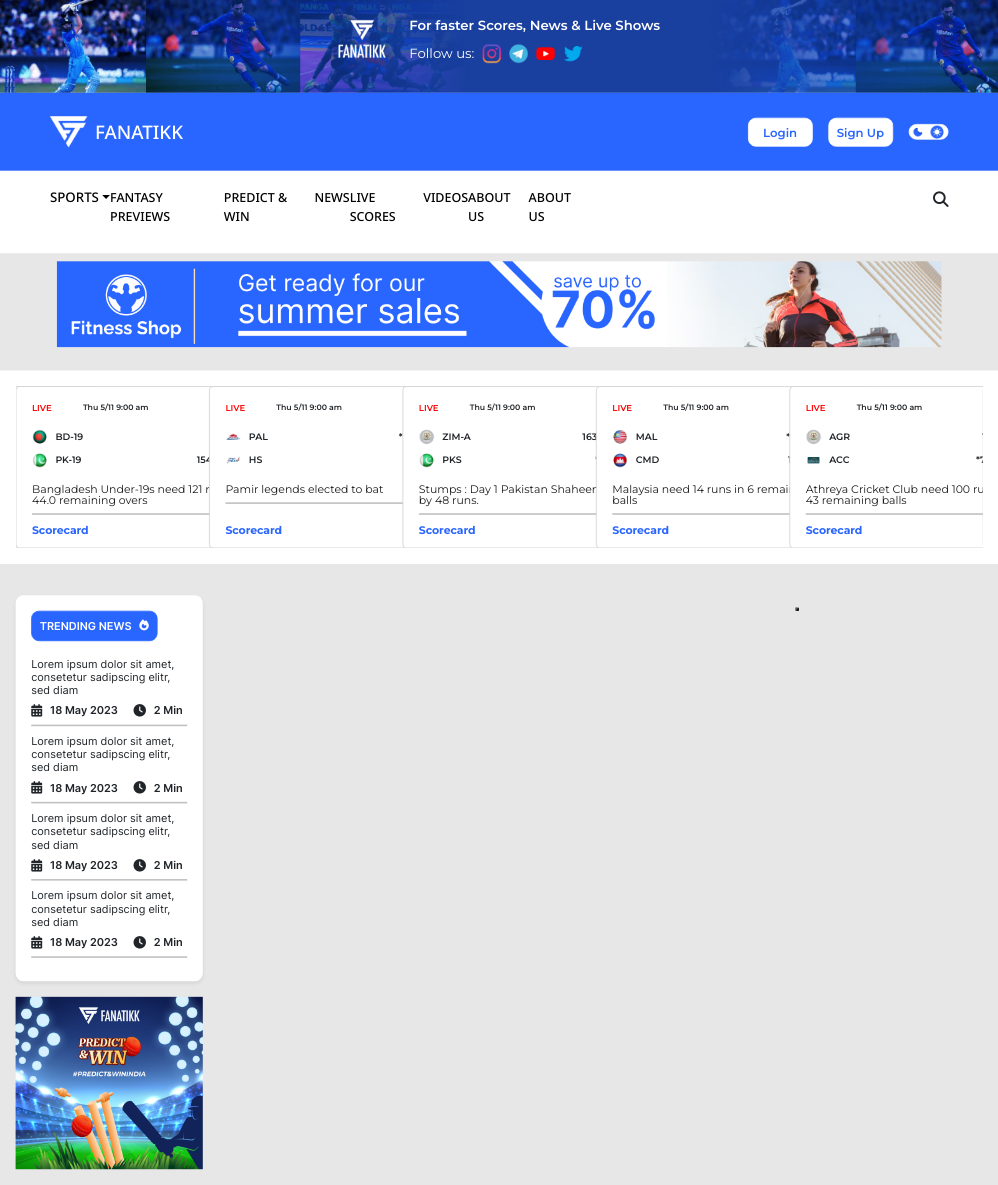
Repository: FlyweisReact/Kannapa
Page: /
An editor plug-in stored every save of this project. The page is shown before and after a run of saves, followed by the edit.
The browser window is 1280 px wide. The pictures show the whole page, at 78% of full size.
Some web libraries are served in a nearby version. The project was rebuilt for these pictures with package versions that can differ from the ones it lists, and the page was loaded fresh each time. Also part of the build but not shown: src/Components/Layout/Footer.js, src/Components/Sliders/Index-video-Slider.js, src/Components/firstScreen.jsx, src/Components/secondScreen.jsx, src/Components/thirdScreen.jsx, src/Components/fourthScreen.jsx, src/CSS/Footer.css.

Above is the page before, as saved 2023-06-03 14:29:32.

### public/index.html
<!DOCTYPE html>
<html lang="en">
  <head>
    <meta charset="utf-8" />
    <link rel="icon" href="%PUBLIC_URL%/favicon.ico" />
    <meta name="viewport" content="width=device-width, initial-scale=1" />
    <meta name="theme-color" content="#000000" />
    <meta
      name="description"
      content="Web site created using create-react-app"
    />
    <link rel="apple-touch-icon" href="%PUBLIC_URL%/logo192.png" />

    <link rel="manifest" href="%PUBLIC_URL%/manifest.json" />
    <link href="https://fonts.googleapis.com/css2?family=Roboto+Mono:ital,wght@1,300&display=swap" rel="stylesheet">
    <title>React App</title>
  </head>
  <body>
    <noscript>You need to enable JavaScript to run this app.</noscript>
    <div id="root"></div>
    <script src="https://code.jquery.com/jquery-3.6.0.min.js"></script>
    <script src="https://kit.fontawesome.com/b533b351e4.js" crossorigin="anonymous"></script>
  </body>
</html>

### src/Pages/HomeScreen.js
/** @format */

import React, { useState, useEffect } from "react";
import FadingCategory from "../Components/Layout/FadingNav/FadingCategory";
import FadingNav from "../Components/Layout/FadingNav/FadingNav";
import Header1 from "../Components/Layout/FadingNav/Header1";
import Navbar from "../Components/Layout/Navbar";
import ScoreCard from "../Components/Sliders/ScoreCard";

const HomeScreen = () => {
  const [scrolled, setScrolled] = useState(false);

  useEffect(() => {
    const handleScroll = () => {
      if (window.scrollY > 0) {
        setScrolled(true);
      } else {
        setScrolled(false);
      }
    };

    window.addEventListener("scroll", handleScroll);
    return () => {
      window.removeEventListener("scroll", handleScroll);
    };
  }, []);

  return (
    <>
      <section className="HomePage">
        <div className={`${scrolled ? "fade-out" : "fade-in"}`}>
          <Header1 />
          <FadingNav />
          <FadingCategory />
        </div>

        <div className={`${scrolled ? "fade-in" : "fade-out"}`}>
          <Navbar />
        </div>

        <div className="Index_Center_Banner">
          <img src="./Images/1.png" alt="" />
        </div>

        <div className="Score_Card_Layout">
          <ScoreCard />
        </div>

        <div className="Index_Three_Sec_Layout">
          <div className="left_Comp">
            <div className="Trading_News">
              <button>
                trending NEWS
                <i class="fa-solid fa-fire"></i>
              </button>

              <div className="desc">
                <p className="head">
                  Lorem ipsum dolor sit amet, consetetur sadipscing elitr, sed
                  diam
                </p>
                <div className="two_sec">
                  <div>
                    <i class="fa-solid fa-calendar-days"></i>
                    <p>18 May 2023</p>
                  </div>
                  <div>
                    <i class="fa-solid fa-clock"></i>
                    <p>2 Min</p>
                  </div>
                </div>
                <div className="empty"></div>
              </div>

              <div className="desc">
                <p className="head">
                  Lorem ipsum dolor sit amet, consetetur sadipscing elitr, sed
                  diam
                </p>
                <div className="two_sec">
                  <div>
                    <i class="fa-solid fa-calendar-days"></i>
                    <p>18 May 2023</p>
                  </div>
                  <div>
                    <i class="fa-solid fa-clock"></i>
                    <p>2 Min</p>
                  </div>
                </div>
                <div className="empty"></div>
              </div>

              <div className="desc">
                <p className="head">
                  Lorem ipsum dolor sit amet, consetetur sadipscing elitr, sed
                  diam
                </p>
                <div className="two_sec">
                  <div>
                    <i class="fa-solid fa-calendar-days"></i>
                    <p>18 May 2023</p>
                  </div>
                  <div>
                    <i class="fa-solid fa-clock"></i>
                    <p>2 Min</p>
                  </div>
                </div>
                <div className="empty"></div>
              </div>

              <div className="desc">
                <p className="head">
                  Lorem ipsum dolor sit amet, consetetur sadipscing elitr, sed
                  diam
                </p>
                <div className="two_sec">
                  <div>
                    <i class="fa-solid fa-calendar-days"></i>
                    <p>18 May 2023</p>
                  </div>
                  <div>
                    <i class="fa-solid fa-clock"></i>
                    <p>2 Min</p>
                  </div>
                </div>
                <div className="empty"></div>
              </div>
            </div>
            <div className="BigImage">
              <img src="./Images/37.png" alt="" />
            </div>
          </div>
          <div className="Mid_Comp"></div>

          <div className="Right_Comp">
            <div className="Main_Item">
              <div className="Three_Sec">
                <button></button>
              </div>
            </div>
          </div>
        </div>
      </section>
    </>
  );
};

export default HomeScreen;

### src/CSS/Navbar.css
/**
 * === navbar styling ====
 *
 * @format
 */
.Stick-navbar{
    height: 100%;
    transition: box-shadow 0.3s ease;
    height: 100px;
}
.Navbar {
  display: flex;
  justify-content: space-between;
  background: #2965ff;
  padding: 20px;
  width: 100%;
  gap: 20px;
  position: fixed !important;
  top: 0;
  z-index: 999;
  transition: box-shadow 0.3s ease;
  align-items: center;
}

.Navbar .Left_Container {
  width: 30%;
}
.Navbar .Left_Container .Logo_Div {
  display: flex;
  gap: 10px;
  justify-content: center;
  align-items: center;
}
.Navbar .Left_Container .Logo_Div p {
  color: #fff;
  font-size: var(--mediumFont);
  margin: 0;
}
.Navbar .Left_Container .Logo_Div img {
  width: 47.73px;
  height: 40px;
}

.Navbar .Right_Container {
  width: 70%;
  display: flex;
  justify-content: center;
  gap: 40px;
}
.Navbar .Right_Container .Item {
  display: flex;
  justify-content: baseline;
}

.Navbar .Right_Container .Item p {
  font-size: 16px;
  cursor: pointer;
  color: #ffffff;
  padding-top: 2px;
}

.Navbar .Right_Container .Item .DropDown {
  border: none;
  color: #fff;
  font-size: 17px;
  cursor: pointer;
  color: #ffffff;
  margin: 0;
  padding: 0;
}
.Navbar .Right_Container .Item .fa-magnifying-glass {
  color: #fff;
  font-size: 18px;
  cursor: pointer;
  padding-top: 7px;
}
.Navbar .Right_Container .Item .Toggle{
  width: 51.43px;
  height: 19.03px;
  display: flex;
  justify-content: space-between;
  align-items: center;
  padding-left: 5px;
  padding-right: 5px;
  border-radius: 10px;
  background-color: #fff;
  border: 1px solid #fff;
  cursor: pointer;
  align-items: center;
  margin-top: 8px;
}


/* Header 2 */
.Header1 {
  background-image: url("../../public/Images/22.png");
  color: #ffffff;
  width: 100%;
  background-repeat: no-repeat;
  background-size: cover;
  height: 119px;
  padding: 20px;
}
.Header1 .Main {
  display: flex;
  align-items: center;
  justify-content: center;
  gap: 30px;
}
.Header1 .Main p {
  margin: 0;
}
.Header1 .Main .Head {
  font-family: MontserratNormal;
  font-weight: 600;
  font-size: 17px;
  color: #ffffff;
}

.Header1 .Main .Two {
  display: flex;
  gap: 10px;
  margin-top: 10px;
  align-items: center;
}
.Header1 .Main .Two p {
  font-family: MontserratNormal;
  font-style: normal;
  font-weight: 400;
  font-size: 17px;
  line-height: 17px;
  color: #ffffff;
}
.Header1 .Main .Social {
  display: flex;
  gap: 10px;
  align-items: center;
}

/* Fading Navbar */

.Fading_Nav {
  display: flex;
  justify-content: space-between;
  background: #2965ff;
  padding: 30px;
  width: 100%;
  gap: 20px;
  align-items: center;
  padding-left: 5%;
  padding-right: 5%;
}

.Fading_Nav .Left_Container {
  width: 30%;
}
.Fading_Nav .Left_Container .Logo_Div {
  display: flex;
  gap: 10px;
  justify-content: flex-start;
  align-items: center;
}
.Fading_Nav .Left_Container .Logo_Div p {
  color: #fff;
  font-size: var(--mediumFont);
  margin: 0;
}
.Fading_Nav .Left_Container .Logo_Div img {
  width: 47.73px;
  height: 40px;
}

.Fading_Nav .Right_Container {
  width: 70%;
  display: flex;
  justify-content: flex-end;
  gap: 20px;
  align-items: center;
}
.Fading_Nav .Right_Container button {
  font-family: MontserratNormal;
  font-style: normal;
  font-weight: 600;
  width: 83px;
  height: 37px;
  border-radius: 10px;
  font-size: 15px;
  line-height: 19px;
  color: #2965ff;
  background-color: #fff;
  border: 1px solid #fff;
  cursor: pointer;
}
.Fading_Nav .Right_Container .Toggle {
  width: 51.43px;
  height: 19.03px;
  display: flex;
  justify-content: space-between;
  align-items: center;
  padding-left: 5px;
  padding-right: 5px;
}


/* Fading Category */
.Fading_Category{
    display: flex;
    justify-content: space-between;
    padding: 20px;
    background-color: #fff;
    padding-left: 5%;
    padding-right: 5%;
}
.Fading_Category .Left_Container {
    display: flex;
    justify-content: space-between;
    width: 60%;
}

.Fading_Category .Left_Container .Item {
    display: flex;
    justify-content: baseline;
  }

  .Fading_Category .Left_Container .Item p {
    font-size: 16px;
    cursor: pointer;
    color: #000;
    padding-top: 2px;
  }

  .Fading_Category .Left_Container .Item .DropDown {
    border: none;
    font-size: 17px;
    cursor: pointer;
    color: #000;
    margin: 0;
    padding: 0;
    border: none;
  }

.Fading_Category .Right_Container i{
    font-size: 20px;
    padding-top: 7px;
}


/* Fading Effect */
.HomePage{
    min-height: 200vh;
}
.fade-out{
    opacity: 0;
    transition: opacity 0.5s;
    height: 0;
    overflow: hidden;
}
.fade-in{
    opacity: 1;
    transition: opacity 0.5s;
    height: auto;
    overflow: hidden;
    width: 100%;
}

### src/CSS/Component.css
/** @format */

/* Fading Header */

/* Home Screen */
.Index_Center_Banner {
  width: 100%;
  padding: 10px;
}

.Index_Center_Banner img {
  width: 90%;
  display: block;
  margin: auto;
}

.Index_Center_GIF {
  width: 100%;
  padding: 10px;
}

.Index_Center_GIF img {
  width: 90%;
  display: block;
  margin: auto;
  height: 500px;
}

.Index_Center_Desc {
  display: flex;
  width: 90%;
  padding: 10px;
  margin: auto;
}

.Index_Center_Desc .Main_Comp {
  text-align: left;
}
.Index_Center_Desc .Main_Comp .head {
  font-size: 36px;
  color: #1d1d1d;
  text-shadow: 0px 1px 1px rgba(37, 37, 37, 0.5);
  margin: 0;
}

.Index_Center_Desc .Main_Comp .Two_Sec {
  display: flex;
  gap: 10px;
  align-items: flex-start;
}
.Index_Center_Desc .Main_Comp .Two_Sec img {
  height: 20px;
  margin-top: 4px;
}

.Index_Center_Desc .Main_Comp .Two_Sec p {
  color: rgba(29, 29, 29, 0.6);
  text-shadow: 0px 1px 1px rgba(37, 37, 37, 0.5);
  font-style: italic;
}

.Index_Center_Desc .Main_Comp .desc p {
  font-size: 16px;
  line-height: 24px;
  align-items: center;
  color: rgba(29, 29, 29, 0.6);
  max-width: 60%;
  font-style: italic;
  margin: 0;
}
.first5 p u {
  color: #333;
}

.Index_Logo_Div {
  display: flex;
  justify-content: space-between;
  align-items: center;
  width: 90%;
  margin: auto;
  padding-top: 10px;
  padding-bottom: 10px;
}
.Index_Logo_Div .Left_Comp {
  display: flex;
  gap: 10px;
  align-items: center;
}
.Index_Logo_Div .Right_Comp img {
  cursor: pointer;
}

.Index_Video_Slider {
  width: 90%;
  display: block;
  margin: auto;
  padding-top: 10px;
  padding-bottom: 10px;
}

.Video_Slider {
  width: 100%;
  /* padding: 20px; */
  display: block;
  margin: auto;
}
.Video_Slider .Main_Item {
  background: #ffffff;
  border: 1px solid #1d1d1d;
  border-radius: 10px;
  height: 400px;
}
.Video_Slider .Main_Item img {
  width: 100%;
  border-radius: 10px 10px 0px 0px;
}
.Video_Slider .Main_Item p {
  padding: 10px;
  font-family: Montserrat;
  font-size: 15px;
  line-height: 18px;
  color: #1d1d1d;
}
.Video_Slider .Main_Item:focus {
  outline: none;
}

.Index_Center_Button {
  width: 90%;
  display: block;
  margin: auto;
  padding-top: 10px;
  padding-bottom: 10px;
  margin-top: 2%;
  position: relative;
}
.Index_Center_Button button {
  font-family: Montserrat;
  font-size: 16px;
  line-height: 20px;
  text-transform: uppercase;
  width: 256px;
  color: #ffffff;
  background: #2965ff;
  border: 1px solid #2965ff;
  border-radius: 25px;
  padding: 10px;
  display: block;
  margin: auto;
}

.Index_Center_Button .empty {
  height: 4px !important;
  position: absolute;
  top: 50%;
  left: 50%;
  transform: translate(-50%, -50%);
  z-index: -1;
  background-color: #2965ff;
  width: 100%;
}

.Index_Three_Cont {
  width: 90%;
  display: grid;
  grid-template-columns: auto auto auto;
  gap: 20px;
  margin: auto;
  padding-top: 20px;
}
.Index_Three_Cont .Main_Component .head {
  font-family: Montserrat;
  font-style: normal;
  font-weight: 700;
  font-size: 22.3418px;
  line-height: 30px;
  color: #1d1d1d;
}
.Index_Three_Cont .Main_Component img {
  width: 100%;
}
.Index_Three_Cont .Main_Component .desc {
  font-family: Montserrat;
  font-style: normal;
  font-weight: 300;
  font-size: 15.9584px;
  line-height: 40px;
}

/* Score_Card_Slider */
.ScoreCard_Slider {
  background-color: #ffffff;
  padding: 20px;
  margin-top: 20px;
  margin-bottom: 20px;
}
.ScoreCard_Slider .Main_Item {
  border: 1px solid #cfcfcf;
  background-color: #fff;
  border-radius: 5px;
  padding: 20px;
  width: 350px !important;
  height: 208px !important;
  position: relative;
}
.ScoreCard_Slider .Main_Item .two_Sec {
  display: flex;
  gap: 40px;
  align-items: center;
  margin-bottom: 20px;
}
.ScoreCard_Slider .Main_Item .two_Sec p {
  margin: 0;
  font-family: MontserratNormal;
  font-style: normal;
  font-weight: 600;
  font-size: 10px;
  line-height: 14px;
}
.ScoreCard_Slider .Main_Item .two_Sec .first {
  margin: 0;
  font-family: MontserratNormal;
  font-style: normal;
  font-weight: 600;
  font-size: 11px;
  line-height: 14px;
  color: #ff0000;
}
.ScoreCard_Slider .slick-next:before {
  display: none !important;
}

.ScoreCard_Slider .Main_Item .Flags_Div {
  display: flex;
  justify-content: space-between;
  align-items: center;
  gap: 10px;
  margin-top: 10px;
}

.ScoreCard_Slider .Main_Item .Flags_Div div {
  display: flex;
  gap: 10px;
  align-items: center;
}
.ScoreCard_Slider .Main_Item .Flags_Div div p {
  margin: 0;
  font-family: MontserratNormal;
  font-style: normal;
  font-weight: 600;
  font-size: 12px;
  line-height: 17px;
}
.ScoreCard_Slider .Main_Item .desc {
  color: #1d1d1d;
  font-family: MontserratNormal;
  font-style: normal;
  font-weight: 400;
  font-size: 14px;
  line-height: 14px;
  width: 90%;
  margin: 0;
  margin-top: 20px;
}
.ScoreCard_Slider .Main_Item .empty {
  background-color: #bfbfbf;
  width: 100%;
  height: 2px;
  margin-top: 10px;
}
.ScoreCard_Slider .Main_Item .Scorecard {
  font-family: MontserratNormal;
  font-style: normal;
  font-weight: 700;
  font-size: 14px;
  line-height: 14px;
  position: absolute;
  letter-spacing: -0.11px;
  color: #2965ff;
  bottom: 0;
}

/* Index_Three_Sec_Layout */
.Index_Three_Sec_Layout {
  width: 100%;
  padding: 20px;
  display: flex;
  gap: 20px;
}
.Index_Three_Sec_Layout .left_Comp {
  width: 20%;
}
.Index_Three_Sec_Layout .Mid_Comp {
  width: 60%;
}
.Index_Three_Sec_Layout .Right_Comp {
  width: 20%;
}

.Index_Three_Sec_Layout .left_Comp .Trading_News {
  background-color: #fff;
  padding: 20px;
  box-shadow: 0px 3px 6px rgba(0, 0, 0, 0.08);
border-radius: 10px;
}
.Index_Three_Sec_Layout .left_Comp .Trading_News button {
  background-color: #2965ff;
  color: #fff;
  border: 1px solid #2965ff;
  text-transform: uppercase;
  border-radius: 10px;
  font-style: normal;
  font-weight: 600;
  font-size: 14px;
  line-height: 17px;
  font-family: Inter;
  padding: 10px;
  display: flex;
  gap: 10px;
  align-items: center;
  margin-bottom: 20px;
}

.Index_Three_Sec_Layout .left_Comp .Trading_News .desc{
  margin-top: 10px;
}
.Index_Three_Sec_Layout .left_Comp .Trading_News .desc .head{
  font-family: Inter;
  font-style: normal;
  font-weight: 400;
  font-size: 14px;
  line-height: 17px;
margin: 0;
}


.Index_Three_Sec_Layout .left_Comp .Trading_News .desc .two_sec{
  display: flex;
  align-items: center;
  gap: 20px;
  margin-top: 10px;
}
.Index_Three_Sec_Layout .left_Comp .Trading_News .desc .two_sec div{
  display: flex;
  align-items: center;
  gap: 10px;
}
.Index_Three_Sec_Layout .left_Comp .Trading_News .desc .two_sec div p{
margin: 0;
font-family: Inter;
font-style: normal;
font-weight: 600;
font-size: 14px;
line-height: 8px;
}
.Index_Three_Sec_Layout .left_Comp .Trading_News .desc .empty{
  width: 100%;
  height: 2px;
  background-color: #BFBFBF;
  margin-top: 10px;
  margin-bottom: 10px;
}
.Index_Three_Sec_Layout .left_Comp  .BigImage {
   width: 100%;
   padding-top: 20px;
}
.Index_Three_Sec_Layout .left_Comp  .BigImage  img{
  width: 100%;
  display: block;
  margin: auto;
}

Loaded but not shown: src/App.css (common file); src/Components/Sliders/ScoreCard.js (443 lines, source omitted); src/Components/Layout/Navbar.js (71 lines, source omitted); src/Components/Layout/FadingNav/FadingCategory.js (57 lines, source omitted); src/App.js (32 lines, source omitted); src/Components/Layout/FadingNav/FadingNav.js (27 lines, source omitted); src/Components/Layout/FadingNav/Header1.js (32 lines, source omitted); src/index.js (17 lines, source omitted); src/index.css (634 lines, source omitted)

After the next 2 saves:
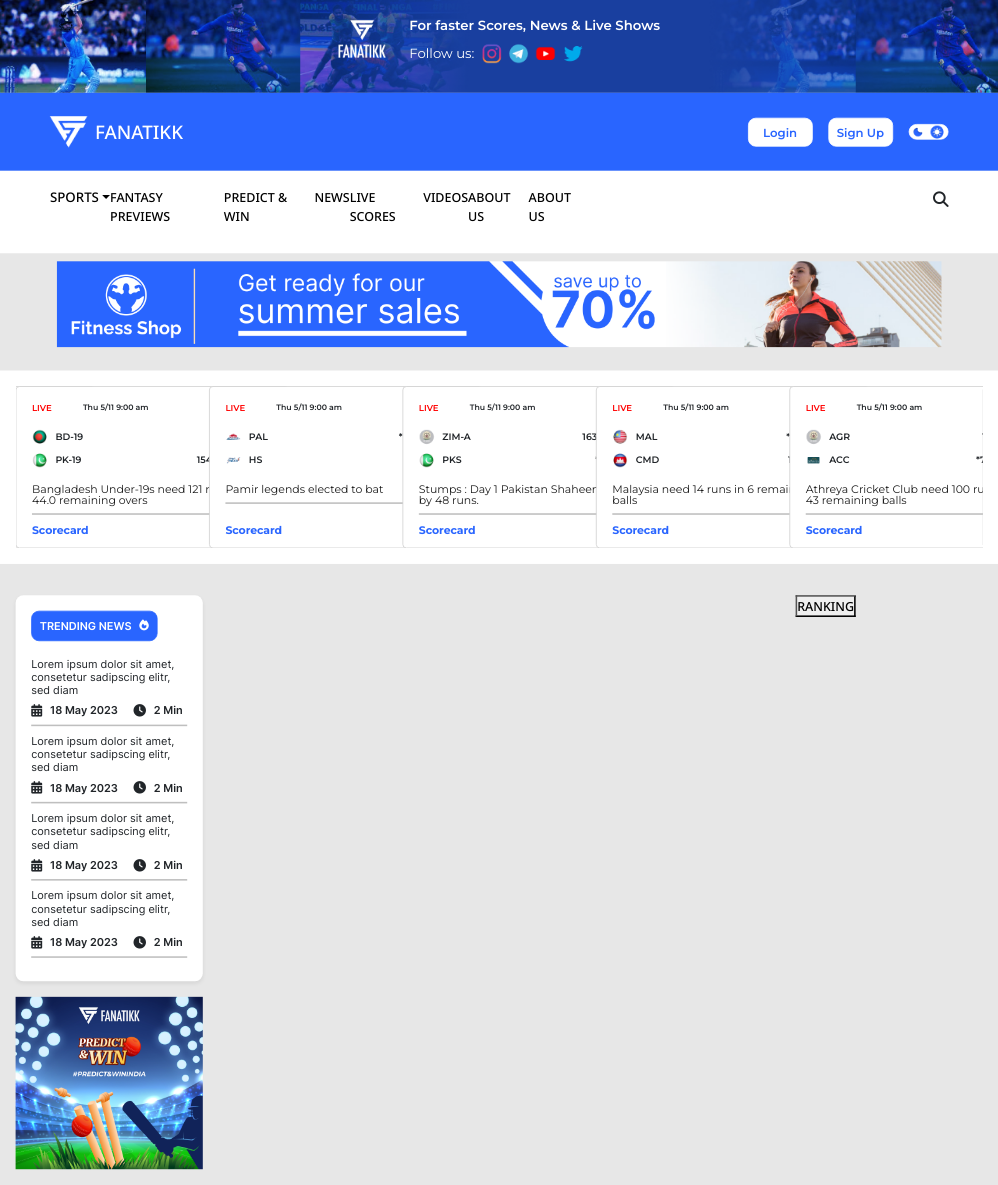
The 2 saves are shown as one change because they came seconds apart.
The last was saved 11 s later.
--- a/src/Pages/HomeScreen.js
+++ b/src/Pages/HomeScreen.js
@@ -135,7 +135,10 @@ const HomeScreen = () => {
           <div className="Right_Comp">
             <div className="Main_Item">
               <div className="Three_Sec">
-                <button></button>
+                <button>RANKING</button>
+                <div>
+
+                </div>
               </div>
             </div>
           </div>
